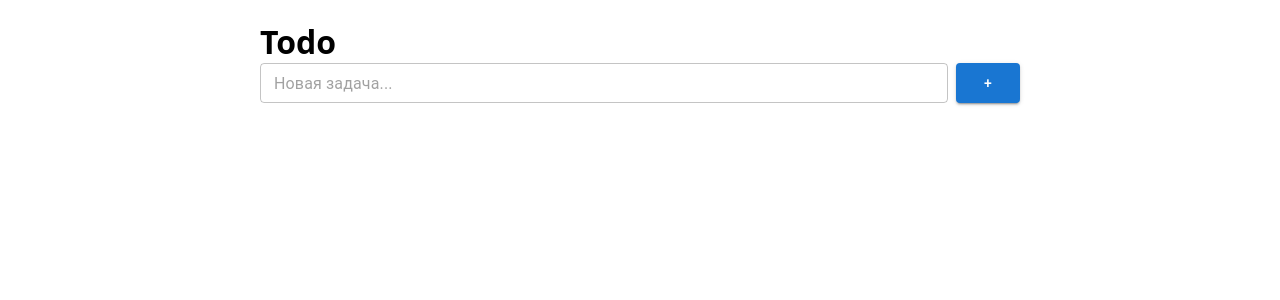
Repository: Burnmyheart/todo-app
Page: /
These files come from the project's save history. The page is drawn as it stood at one moment and after the next save; the edit follows.
The browser window is 1280 px wide. The pictures show the whole page.
The project was rebuilt for these pictures with package versions that can differ from the ones it lists, and the page was loaded fresh each time. Also part of the build but not shown: vite.config.ts, src/components/EditTodo/EditTodo.tsx, src/components/TodoItem/TodoItem.tsx, src/components/TodoList/TodoList.tsx.

Above is the page before, as saved 2025-09-25 20:37:39.

After the next save:
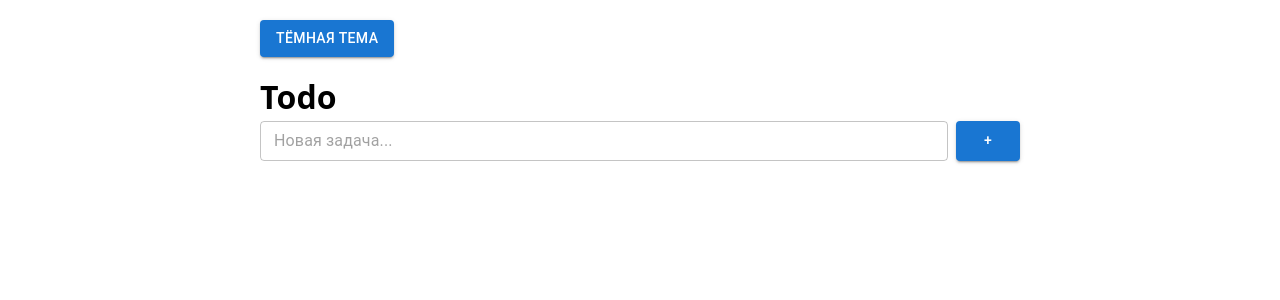
Saved 46 s later.
--- a/src/App.tsx
+++ b/src/App.tsx
@@ -4,16 +4,29 @@ import TodoList from "./components/TodoList/TodoList";
 import { saveGroups, loadGroups } from "./utils/localStorage";
 import type { TodoGroup } from "./types";
 
+import { ThemeProvider, CssBaseline, Button } from "@mui/material";
+import { createTheme } from "@mui/material/styles";
+
 const App: React.FC = () => {
   const [groups, setGroups] = useState<TodoGroup[]>([]);
+  const [darkMode, setDarkMode] = useState(false);
 
+  // Загружаем сохранённые группы
   useEffect(() => {
     setGroups(loadGroups());
   }, []);
 
+  // Сохраняем группы
   useEffect(() => {
     saveGroups(groups);
   }, [groups]);
+
+  // Тема MUI
+  const theme = createTheme({
+    palette: {
+      mode: darkMode ? "dark" : "light",
+    },
+  });
 
   const addGroup = (title: string) => {
     const newGroup: TodoGroup = {
@@ -32,13 +45,24 @@ const App: React.FC = () => {
   };
 
   return (
-    <div style={{ padding: "20px", maxWidth: "800px", margin: "0 auto" }}>
-      <h1>Todo</h1>
-      <AddTodo onAdd={addGroup} />
-      {groups.map((group) => (
-        <TodoList key={group.id} group={group} onUpdateGroup={updateGroup} />
-      ))}
-    </div>
+    <ThemeProvider theme={theme}>
+      <CssBaseline />
+      <div style={{ padding: "20px", maxWidth: "800px", margin: "0 auto" }}>
+        <Button
+          variant="contained"
+          onClick={() => setDarkMode((prev) => !prev)}
+          sx={{ mb: 2 }}
+        >
+          {darkMode ? "Светлая тема" : "Тёмная тема"}
+        </Button>
+
+        <h1>Todo</h1>
+        <AddTodo onAdd={addGroup} />
+        {groups.map((group) => (
+          <TodoList key={group.id} group={group} onUpdateGroup={updateGroup} />
+        ))}
+      </div>
+    </ThemeProvider>
   );
 };
 
